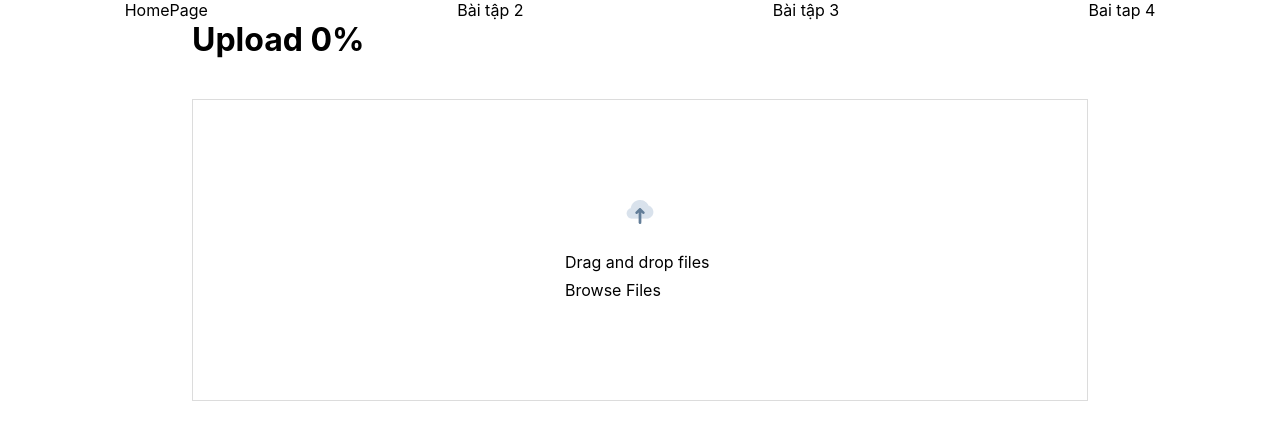
Repository: tungdau93/Training-ReactJS
Page: /bai-tap-3
These files come from the project's save history. The page is drawn as it stood at one moment and after the next save; the edit follows.
The browser window is 1280 px wide. The pictures show the whole page.
The project was rebuilt for these pictures with package versions that can differ from the ones it lists, and the page was loaded fresh each time. Also part of the build but not shown: src/App.css, src/hooks/useClickOutside.js, src/Assignments/BaiTap2.jsx, src/Assignments/HomePage.jsx.

Above is the page before, as saved 2022-10-03 11:00:30.

After the next save:
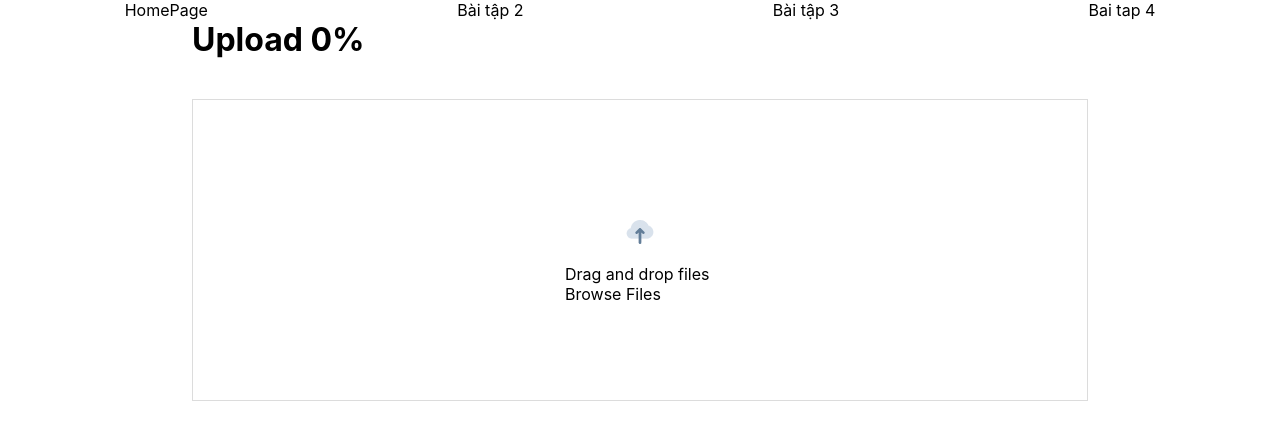
Saved 85 s later.
--- a/src/style/_bai-tap-3.scss
+++ b/src/style/_bai-tap-3.scss
@@ -270,7 +270,7 @@
       }
 
       span {
-        margin: 4px 0;
+        // margin: 4px 0;
       }
     }
 

After the save that followed:
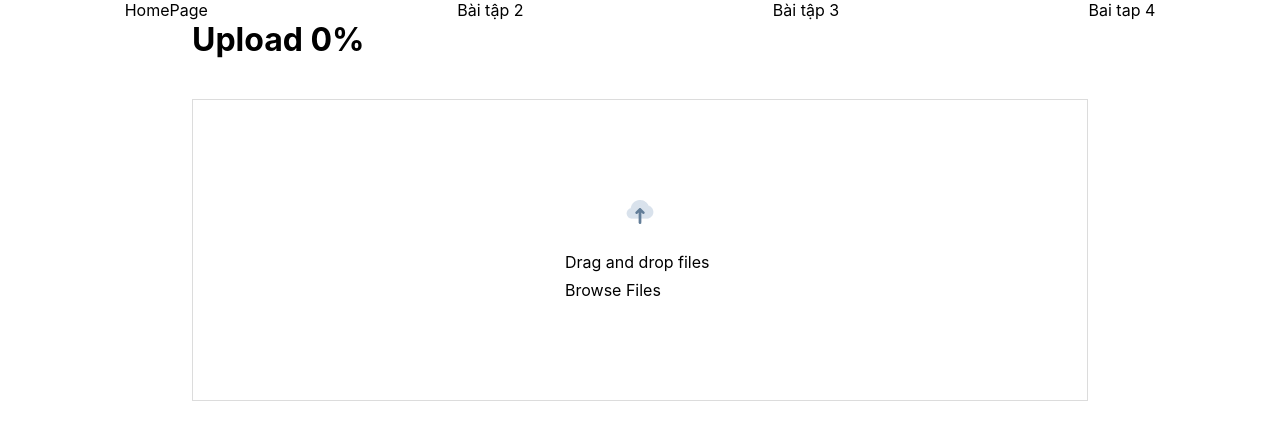
Saved 4 s later.
--- a/src/style/_bai-tap-3.scss
+++ b/src/style/_bai-tap-3.scss
@@ -270,7 +270,7 @@
       }
 
       span {
-        // margin: 4px 0;
+        margin: 4px 0;
       }
     }
 
